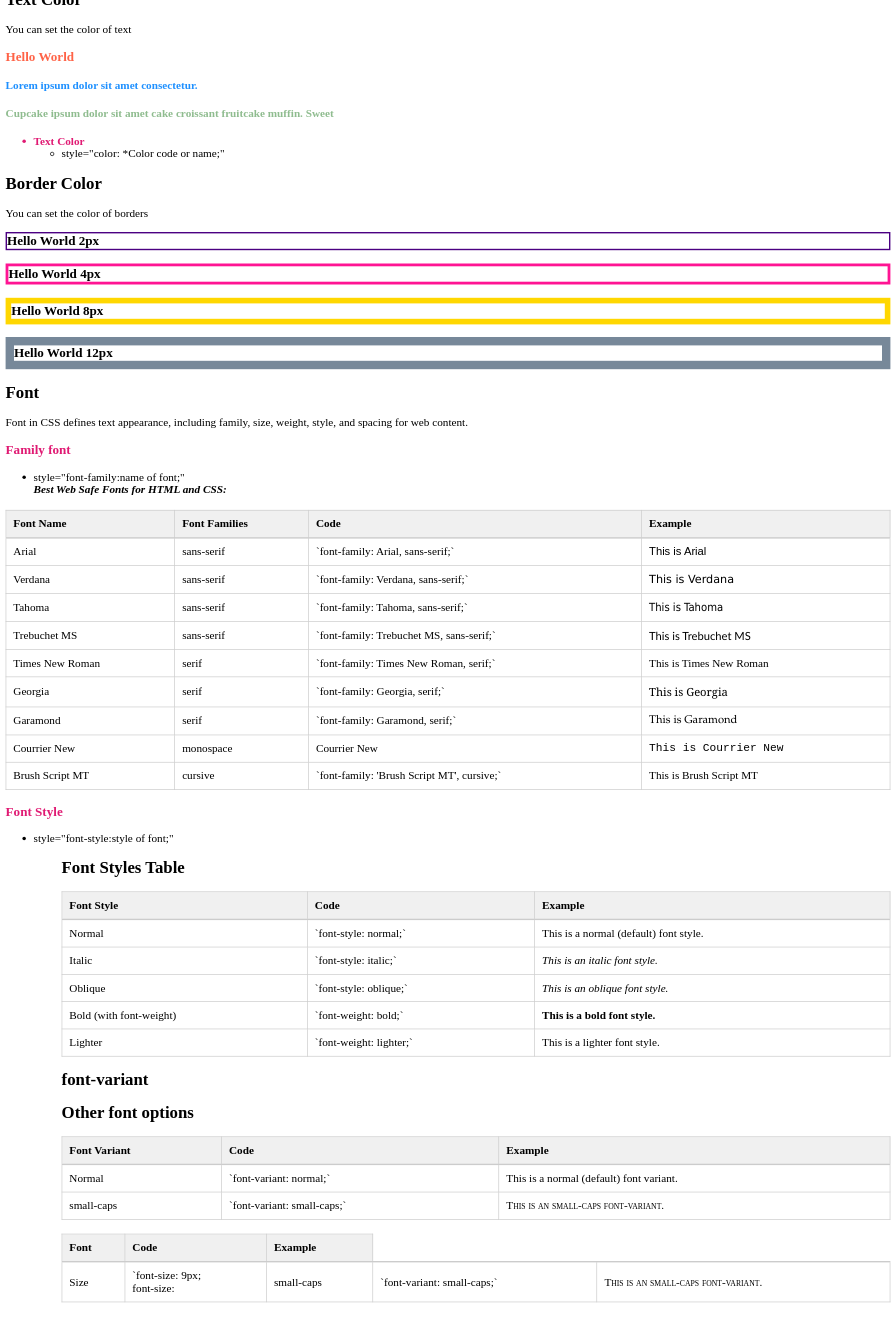
Repository: AnnaSpirit/2025_
Page: Bases/OK/HTML_Text_Formatting.html
An editor plug-in stored every save of this project. The page is shown before and after a run of saves, followed by the edit.
The browser window is 1280 px wide. The pictures show the part of the page from y = 2479 to 4399 px (the page is 4360 px tall before and 4399 px after), at 70% of full size.

Above is the page before, as saved 2025-01-09 16:50:57.

### Bases/OK/HTML_Text_Formatting.html
<!DOCTYPE html>
<html lang="en">

<head>
    <meta charset="UTF-8">
    <meta name="viewport" content="width=device-width, initial-scale=1.0">
    <title>HTML Text Formatting</title>
    <a href="HTML_Colors.html"></a>
</head>

<body>
    <h1>HTML contains several elements for defining text with a special meaning.</h1>
    <a href="HTML_Colors.html">
        <h2>Go Back: HTML_Colors</h2></a>
    <p>
    <ul>
        <li style="color:red;"> b< - >Bold text &#61 Strong;
            <ul>
                <li style="color:black;"><b>Bold</b> text</li>
            </ul>
        </li><br>
        <li style="color:red;"> strong< - >Important text &#61 Bold
            <ul>
                <li style="color:black;"><strong>Important</strong> text</li>
            </ul>
        </li><br>
        <li style="color:red;"> i< - >Italic text &#61 Emphasized
            <ul>
                <li style="color:black;"><i>Italic</i> text</li>
            </ul>
        </li><br>

        <li style="color:red;">em< - >Emphasized text &#61 Italic
            <ul>
                <li style="color:black;"><em>Emphasized</em> text</li>
            </ul>
        </li><br>
        <li style="color:red;"> u< - >Underlined text &#61 Inserted
            <ul>
                <li style="color:black;"><u>Underlined</u> text</li>
            </ul><br>
        <li style="color:red;">ins< - >Inserted text &#61 Underlined
            <ul>
                <li style="color:black;"><ins>Inserted</ins> text</li>
            </ul><br>
        <li style="color:red;">small< - >Smaller text
            <ul>
                <li style="color:black;"><small>Smaller</small> text</li>
            </ul>
        </li><br>
        <li style="color:red;">del< - >Deleted text &#61 Strikethrough
            <ul>
                <li style="color:black;"><del>Deleted</del> text</li>
            </ul>
        </li><br>
        <li style="color:red;">s< - >strikethrough text &#61 Deleted
            <ul>
                <li style="color:black;"><s>strikethrough</s> text</li>
            </ul>
        </li><br>
        <li style="color:red;"> mark< - >Marked text (Highlighted in yellow)
            <ul>
                <li style="color:black;"><mark>Marked</mark> text</li>
            </ul>
        </li><br>
        <li style="color:red;">sub< - >Subscript text
            <ul>
                <li style="color:black;"><sub>Subscript</sub> text</li>
            </ul>
        </li><br>
        <li style="color:red;">sup< - >Superscript text
            <ul>
                <li style="color:black;"><sup>Superscript</sup> text</li>
            </ul>
        </li>
    </ul>
    </p>
    <hr>
    <p>
    <h1>HTML Quotation and Citation Elements</h1>
    <h3>In this chapter we will go through the blockquote>,q>, abbr>, address>, cite>, and bdo> HTML elements.</h3>
    <ul>
        <li style="color:rgb(49, 169, 49);"> HTML blockquote> for Quotations
            <ul>
                <li style="color: black;">
                    <blockquote cite=" http://www.worldwildlife.org/who/index.html">For 60 years,...</blockquote>
                </li><br>
            </ul>
        <li style="color:rgb(49, 169, 49);"> HTML q> for Short Quotations
            <ul>
                <li style="color: black;"> WWF's goal is to: <q><em>Build a future where people live in harmony with
                            nature.</em></q></li>
            </ul>
        </li><br>
        <li style=" color:rgb(49, 169, 49);">HTML abbr> for Abbreviations
            <ul>
                <li style="color: black;">
                    <p>The <abbr title="World Health Organization">WHO</abbr> was founded in 1948.</p>
                </li>
            </ul>
        </li><br>
        <li style=" color:rgb(49, 169, 49);">HTML address> for Contact Information
            <ul>
                <li style="color: black;">
                    <address>
                        Written by John Doe.<br>
                        Visit us at:<br>
                        Example.com<br>
                        Box 564, Disneyland<br>
                        USA
                    </address>
                </li>
            </ul>
        </li><br>
        <li style=" color:rgb(49, 169, 49);">HTML cite> for Work Title
            <ul>
                <li style="color: black;">
                    <p><cite>The Scream</cite> by Edvard Munch. Painted in 1893.</p>
                </li>
            </ul>
        </li><br>
        <li style=" color:rgb(49, 169, 49);">HTML bdo> for Bi-Directional Override
            <ul>
                <li style="color: black;"><bdo dir="rtl">This text will be written from right to
                        left.</bdo><mark>||</mark>This text will be written from right to left.<br>
                    specific for <b>HEBREW</b> for example</li> <bdo dir="ltr">Left to Right</bdo>=
                LTR<mark>||</mark><bdo dir="rtl">Right to Left</bdo> = RTL
            </ul>
        </li>
    </ul>
    </h1>
    </p>
    <hr>
    <p>
    <h1>HTML_Colors</h1>
    <p>HTML colors are specified with predefined color names, or with RGB, HEX, HSL, RGBA, or HSLA values.</p>
    <a href="HTML_Colors.html">
        <h2>Colors Names</h2>
    </a>
    <p>In HTML, a color can be specified by using a color name</p>

    <h2>Color Values</h2>

    <p>In HTML, colors can also be specified using <b>RGB</b><sub> (value represents RED, GREEN, and BLUE light
            sources)</sub>, <b>HEX</b><sub>(hexadecimal color is specified with: #RRGGBB, where the RR (red), GG (green)
            and BB (blue) hexadecimal integers specify the components of the color.)</sub>, <b>HSL</b><sub> (stands for
            hue, saturation, and lightness.)</sub>, <b>RGBA</b><sub> (value is an extension of RGB with an Alpha channel
            (opacity)).</sub> and <b>HSLA</b><sub> (values are an extension of HSL with an Alpha channel
            (opacity)).</sub><br>

    <p>The following three elements have their background color set with RGB, HEX, and HSL values.<br>
    <h5>Ultramarine Blue</h5>
    <ul>
        <li style="background-color:rgb(77,106,255);">
            <h5>RGB (77,106,255)</h5>
        </li>
        <li style="background-color:#4D6AFF;">
            <h5>HEX #4D6AFF</h5>
        </li>
        <li style="background-color:HSL(230, 100%, 65%);">
            <h5>HSL (230, 100%, 65%)</h5>
        </li>
    </ul>
    <p>The following two elements have their background color set with RGBA and HSLA values, which add an Alpha channel
        to the color (here we have 50% and 20% transparency)</p>
    <ul>
        <li style="background-color:rgba(77,106,255, 0.5);">
            <h5>RGBA (77,106,255, 0.5) </h5>
        </li>
        <li style="background-color:HSL(230, 100%, 65%, 0.2);">
            <h5>HSLA (230, 100%, 65%, 0.2) </h5>
        </li>
    </ul>
    </p>
    <h2>Shades of Gray</h2>
    <p>Shades of gray are often defined using equal values for all three parameters: <br>
        &#9650; rgb(60, 60, 60),<br>
        &#9650; rgb(180, 180, 180)</p>

    <h2>Background Color</h2>

    <p>You can set the background color for HTML elements <br>
    <h3><em>style="property:value;"</em>: The property is a CSS property. The value is a CSS value.</h3>
    <h4 style="background-color:cyan;">Hello World</h4>
    <h5 style="background-color:Coral;">Lorem ipsum dolor sit amet.</h5>
    <ul>
        <li style="color:rgb(224, 26, 115);"><b>Background Color</b></li>
        <ul>
            <li>style="background-color: *Color code or name;"</li>
        </ul></ul>
    </p>

    <h2>Text Color</h2>

    <p>You can set the color of text <br>
    <h3 style="color:Tomato;">Hello World</h3>
    <h4 style="color:DodgerBlue;">Lorem ipsum dolor sit amet consectetur.</h4>
    <h4 style="color:DarkSeaGreen;">Cupcake ipsum dolor sit amet cake croissant fruitcake muffin. Sweet</h4>
    <ul>
        <li style="color:rgb(224, 26, 115);"><b>Text Color</b></li>
    <ul>
        <li>style="color: *Color code or name;"</li>
    </ul></ul>
    </p>

    <h2>Border Color</h2>

    <p>You can set the color of borders <br>
    <h3 style="border:2px solid indigo;">Hello World 2px</h3>
    <h3 style="border:4px solid DeepPink;">Hello World 4px</h3>
    <h3 style="border:8px solid Gold;">Hello World 8px</h3>
    <h3 style="border:12px solid LightSlateGrey;">Hello World 12px</h3>
    </p>

    <h2>Font</h2>

    <p>Font in CSS defines text appearance, including family, size, weight, style, and spacing for web content.<br>
        <h3 style="color:rgb(224, 26, 115);">Family font</font></h3>
    <ul>
        <li>style="font-family:name of font;"<br><em><b>Best Web Safe Fonts for HTML and CSS: </em></b></li>
    </ul>

    <table style="width: 100%; border-collapse: collapse; text-align: left; margin: 20px 0;">
        <thead>
            <tr style="background-color: #f0f0f0; border-bottom: 2px solid #ccc;">
                <th style="padding: 10px; border: 1px solid #ccc;">Font Name</th>
                <th style="padding: 10px; border: 1px solid #ccc;">Font Families</th>
                <th style="padding: 10px; border: 1px solid #ccc;">Code</th>
                <th style="padding: 10px; border: 1px solid #ccc;">Example</th>
            </tr>
        </thead>
        <tbody>
            <tr>
                <td style="padding: 10px; border: 1px solid #ccc;">Arial</td>
                <td style="padding: 10px; border: 1px solid #ccc;">sans-serif</td>
                <td style="padding: 10px; border: 1px solid #ccc;">`font-family: Arial, sans-serif;`</td>
                <td style="padding: 10px; border: 1px solid #ccc; font-family: Arial, sans-serif;">This is Arial</td>
            </tr>
            <tr>
                <td style="padding: 10px; border: 1px solid #ccc;">Verdana</td>
                <td style="padding: 10px; border: 1px solid #ccc;">sans-serif</td>
                <td style="padding: 10px; border: 1px solid #ccc;">`font-family: Verdana, sans-serif;`</td>
                <td style="padding: 10px; border: 1px solid #ccc; font-family: Verdana, sans-serif;">This is Verdana
                </td>
            </tr>
            <tr>
                <td style="padding: 10px; border: 1px solid #ccc;">Tahoma</td>
                <td style="padding: 10px; border: 1px solid #ccc;">sans-serif</td>
                <td style="padding: 10px; border: 1px solid #ccc;">`font-family: Tahoma, sans-serif;`</td>
                <td style="padding: 10px; border: 1px solid #ccc; font-family: Tahoma, sans-serif;">This is Tahoma</td>
            </tr>
            <tr>
                <td style="padding: 10px; border: 1px solid #ccc;">Trebuchet MS</td>
                <td style="padding: 10px; border: 1px solid #ccc;">sans-serif</td>
                <td style="padding: 10px; border: 1px solid #ccc;">`font-family: Trebuchet MS, sans-serif;`</td>
                <td style="padding: 10px; border: 1px solid #ccc; font-family: 'Trebuchet MS', sans-serif;">This is
                    Trebuchet MS</td>
            </tr>
            <tr>
                <td style="padding: 10px; border: 1px solid #ccc;">Times New Roman</td>
                <td style="padding: 10px; border: 1px solid #ccc;">serif</td>
                <td style="padding: 10px; border: 1px solid #ccc;">`font-family: Times New Roman, serif;`</td>
                <td style="padding: 10px; border: 1px solid #ccc; font-family: 'Times New Roman', serif;">This is Times
                    New Roman</td>
            </tr>
            <tr>
                <td style="padding: 10px; border: 1px solid #ccc;">Georgia</td>
                <td style="padding: 10px; border: 1px solid #ccc;">serif</td>
                <td style="padding: 10px; border: 1px solid #ccc;">`font-family: Georgia, serif;`</td>
                <td style="padding: 10px; border: 1px solid #ccc; font-family: Georgia, serif;">This is Georgia</td>
            </tr>
            <tr>
                <td style="padding: 10px; border: 1px solid #ccc;">Garamond</td>
                <td style="padding: 10px; border: 1px solid #ccc;">serif</td>
                <td style="padding: 10px; border: 1px solid #ccc;">`font-family: Garamond, serif;`</td>
                <td style="padding: 10px; border: 1px solid #ccc; font-family: Garamond, serif;">This is Garamond</td>
            </tr>
            <tr>
                <td style="padding: 10px; border: 1px solid #ccc;">Courrier New</td>
                <td style="padding: 10px; border: 1px solid #ccc;">monospace</td>
                <td style="padding: 10px; border: 1px solid #ccc;"><font-family>Courrier New</font-family>
                </td>
                <td style="padding: 10px; border: 1px solid #ccc; font-family:'Courier New', Courier, monospace";>This is Courrier New</td>
            </tr>
            <tr>
                <td style="padding: 10px; border: 1px solid #ccc;">Brush Script MT</td>
                <td style="padding: 10px; border: 1px solid #ccc;">cursive</td>
                <td style="padding: 10px; border: 1px solid #ccc;">`font-family: 'Brush Script MT', cursive;`</td>
                <td style="padding: 10px; border: 1px solid #ccc; font-family: 'Brush Script MT', cursive";>This is Brush Script MT</td>
            </tr></tbody></table>
        <h3 style="color:rgb(224, 26, 115);">Font Style</font>
</h3>
            <ul><li>style="font-style:style of font;"</li>
            <ul>
<section>
    <h2>Font Styles Table</h2>
    <table style="width: 100%; border-collapse: collapse; text-align: left; margin: 20px 0;">
        <thead>
            <tr style="background-color: #f0f0f0; border-bottom: 2px solid #ccc;">
                <th style="padding: 10px; border: 1px solid #ccc;">Font Style</th>
                <th style="padding: 10px; border: 1px solid #ccc;">Code</th>
                <th style="padding: 10px; border: 1px solid #ccc;">Example</th>
            </tr>
        </thead>
        <tbody>
            <tr>
                <td style="padding: 10px; border: 1px solid #ccc;">Normal</td>
                <td style="padding: 10px; border: 1px solid #ccc;">`font-style: normal;`</td>
                <td style="padding: 10px; border: 1px solid #ccc; font-style: normal;">This is a normal (default) font style.</td>
            </tr>
            <tr>
                <td style="padding: 10px; border: 1px solid #ccc;">Italic</td>
                <td style="padding: 10px; border: 1px solid #ccc;">`font-style: italic;`</td>
                <td style="padding: 10px; border: 1px solid #ccc; font-style: italic;">This is an italic font style.
                </td>
            </tr>
            <tr>
                <td style="padding: 10px; border: 1px solid #ccc;">Oblique</td>
                <td style="padding: 10px; border: 1px solid #ccc;">`font-style: oblique;`</td>
                <td style="padding: 10px; border: 1px solid #ccc; font-style: oblique;">This is an oblique font style.
                </td>
            </tr>
            <tr>
                <td style="padding: 10px; border: 1px solid #ccc;">Bold (with font-weight)</td>
                <td style="padding: 10px; border: 1px solid #ccc;">`font-weight: bold;`</td>
                <td style="padding: 10px; border: 1px solid #ccc; font-weight: bold;">This is a bold font style.</td>
            </tr>
            <tr>
                <td style="padding: 10px; border: 1px solid #ccc;">Lighter</td>
                <td style="padding: 10px; border: 1px solid #ccc;">`font-weight: lighter;`</td>
                <td style="padding: 10px; border: 1px solid #ccc; font-weight: lighter;">This is a lighter font style.
                </td>
            </tr>
        </tbody>
    </table>

    <h2>font-variant</h2>
    <table style="width: 100%; border-collapse: collapse; text-align: left; margin: 20px 0;">
        <thead>
            <tr style="background-color: #f0f0f0; border-bottom: 2px solid #ccc;">
                <th style="padding: 10px; border: 1px solid #ccc;">Font Variant</th>
                <th style="padding: 10px; border: 1px solid #ccc;">Code</th>
                <th style="padding: 10px; border: 1px solid #ccc;">Example</th>
            </tr>
        </thead>
        <tbody>
            <tr>
                <td style="padding: 10px; border: 1px solid #ccc;">Normal</td>
                <td style="padding: 10px; border: 1px solid #ccc;">`font-variant: normal;`</td>
                <td style="padding: 10px; border: 1px solid #ccc; font-variant: normal;">This is a normal (default) font variant.</td>
            </tr>
            <tr>
                <td style="padding: 10px; border: 1px solid #ccc;">small-caps</td>
                <td style="padding: 10px; border: 1px solid #ccc;">`font-variant: small-caps;`</td>
                <td style="padding: 10px; border: 1px solid #ccc; font-variant: small-caps;">This is an small-caps font-variant.</td>
            </tr>

<h2>Other font options</h2>
<table style="width: 100%; border-collapse: collapse; text-align: left; margin: 20px 0;">
    <thead>
        <tr style="background-color: #f0f0f0; border-bottom: 2px solid #ccc;">
            <th style="padding: 10px; border: 1px solid #ccc;">Font</th>
            <th style="padding: 10px; border: 1px solid #ccc;">Code</th>
            <th style="padding: 10px; border: 1px solid #ccc;">Example</th>
        </tr>
    </thead>
    <tbody>
        <tr>
            <td style="padding: 10px; border: 1px solid #ccc;">Size</td>
            <td style="padding: 10px; border: 1px solid #ccc;">`font-size: 9px;<br> font-size:</td>
            <td style="padding: 10px; border: 1px solid #ccc; font: size 9px;  >This is a normal (default) font
                variant.</td>
        </tr>
        <tr>
            <td style="padding: 10px; border: 1px solid #ccc;">small-caps</td>
            <td style="padding: 10px; border: 1px solid #ccc;">`font-variant: small-caps;`</td>
            <td style="padding: 10px; border: 1px solid #ccc; font-variant: small-caps;">This is an small-caps
                font-variant.</td>
        </tr>

</section>

</li>
            </ul>
        </ul>
    </p>
    </p>
</body>

</html>

After the next 2 saves:
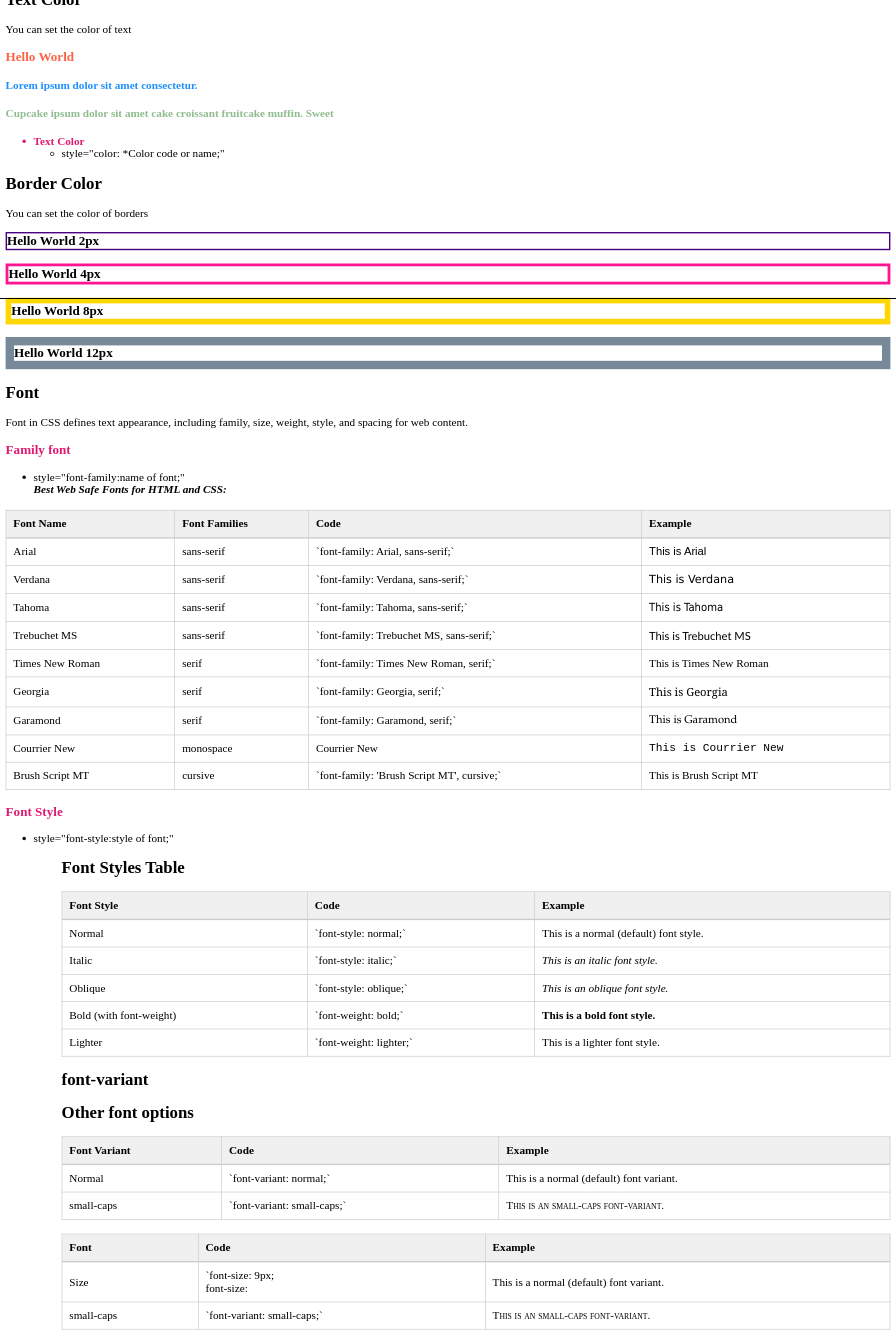
The 2 saves are shown as one change because they came seconds apart.
The last was saved 14 s later.
--- a/Bases/OK/HTML_Text_Formatting.html
+++ b/Bases/OK/HTML_Text_Formatting.html
@@ -368,7 +368,7 @@
         <tr>
             <td style="padding: 10px; border: 1px solid #ccc;">Size</td>
             <td style="padding: 10px; border: 1px solid #ccc;">`font-size: 9px;<br> font-size:</td>
-            <td style="padding: 10px; border: 1px solid #ccc; font: size 9px;  >This is a normal (default) font
+            <td style="padding: 10px; border: 1px solid #ccc; font: size 9px;">This is a normal (default) font
                 variant.</td>
         </tr>
         <tr>
